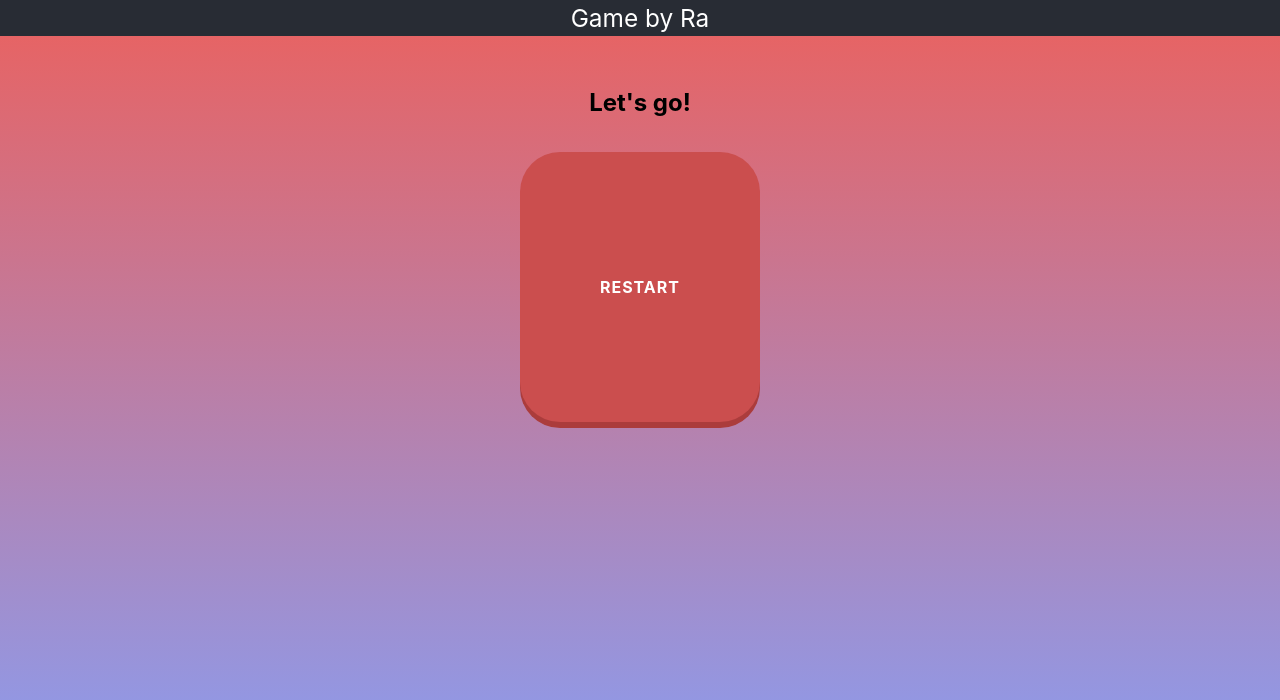
Repository: Sergioramasano/ramos-game
Page: /
The author's editor kept a copy of each file at every save. The page is drawn from the files as they stood at one save, then again after the next save.
The browser window is 1280 px wide. The pictures show the whole page.
The project was rebuilt for these pictures with package versions that can differ from the ones it lists, and the page was loaded fresh each time. Also part of the build but not shown: src/components/Cards.js.

Above is the page before, as saved 2021-02-11 19:33:31.

### public/index.html
<!DOCTYPE html>
<html lang="en">
  <head>
    <meta charset="utf-8" />
    <link rel="icon" href="%PUBLIC_URL%/favicon.ico" />
    <meta name="viewport" content="width=device-width, initial-scale=1" />
    <meta name="theme-color" content="#000000" />
    <meta
      name="description"
      content="Web site created using create-react-app"
    />
    <link rel="apple-touch-icon" href="%PUBLIC_URL%/logo192.png" />
    <link rel="manifest" href="%PUBLIC_URL%/manifest.json" />
    <title>Game by Ra</title>
  </head>
  <body>
    <noscript>You need to enable JavaScript to run this app.</noscript>
    <div id="root"></div>
  </body>
</html>

### src/App.js
import "./App.css";
import GameBox from "./components/GameBox/GameBox";

const App = () => {
  return (
    <div className="App">
      <header className="App-header">Game by Ra</header>
      <GameBox></GameBox>
    </div>
  );
};

export default App;

### src/App.css
.App {
  text-align: center;
}

.App-header {
  background-color: #282c34;
  height: 5vh;
  display: flex;
  flex-direction: column;
  align-items: center;
  justify-content: center;
  font-size: calc(10px + 2vmin);
  color: white;
}

### src/components/GameBox/GameBox.js
import React, { useState, useEffect } from "react";
import Cards from "../Cards";
import styles from "./Gamebox.module.css";
import age from "../../images/age.jpeg";
import av from "../../images/av.jpeg";
import hq from "../../images/hq.png";
import hs from "../../images/hs.png";
import jq from "../../images/jq.jpg";
import lk from "../../images/lk.jpg";
import sm from "../../images/sm.jpg";
import smm from "../../images/smm.png";
import knight from "../../images/knight.png";
import star from "../../images/star.jpeg";

const GameBox = () => {
  const [imgUrl, setImgUrl] = useState(null);
  const [bingo, setBingo] = useState([]);
  const [currentUrlIdx, setCurrentUrlIdx] = useState(null);

  let urls = [];
  urls = [age, av, hq, hs, jq, lk, sm, smm, knight];
  urls = [...urls, ...urls];
  urls = urls.map((url, idx) => {
    return { name: url, id: Math.random(), visible: false, idx };
  });

  if (imgUrl !== null) {
    urls[imgUrl].visible = true;
  }

  if (bingo.length) {
    bingo.forEach((b) => {
      urls[b].visible = true;
    });
  }

  const setImg = (url) => {
    if (currentUrlIdx && currentUrlIdx.name === url.name) {
      console.log("YESSSSS");
      setBingo([...bingo, currentUrlIdx.idx, url.idx]);
    }
    setImgUrl(url.idx);
    setCurrentUrlIdx(url);
  };

  return (
    <main className={styles.gamebox}>
      <h2>Let's go!</h2>
      <section className={styles.wrap}>
        {bingo.length !== urls.length ? (
          <button className={styles.button}> Restart</button>
        ) : (
          <Cards
            key={currentUrlIdx}
            urls={urls}
            styles={styles}
            setImg={setImg}
            star={star}
            currentUrlIdx={currentUrlIdx}
          ></Cards>
        )}
      </section>
    </main>
  );
};

export default GameBox;

### src/components/GameBox/Gamebox.module.css
.gamebox {
  height: 95vh;
  background: linear-gradient(#e66465, #9198e5);
  padding: 2rem;
  box-sizing: border-box;
}

.wrap {
  margin: auto auto;
  max-width: 700px;
  height: auto;
  width: 100%;
  min-height: 300px;
  display: flex;
  flex-direction: row;
  justify-content: center;
  flex-wrap: wrap;
}

.card {
  display: block;
  width: 100px;
  height: 100px;
  margin: 0.3rem;
}

.card img {
  display: block;
  width: 100%;
  height: 100%;
}

.button {
  border: none;
  font-family: inherit;
  font-size: inherit;
  color: inherit;
  background: none;
  cursor: pointer;
  padding: 25px 80px;
  display: inline-block;
  margin: 15px 30px;
  text-transform: uppercase;
  letter-spacing: 1px;
  font-weight: 700;
  outline: none;
  position: relative;
  background: #cb4e4e;
  color: #fff;
  box-shadow: 0 6px #ab3c3c;
  -webkit-transition: none;
  -moz-transition: none;
  transition: none;
  border-radius: 40px;
}

.button:hover {
  box-shadow: 0 4px #ab3c3c;
  top: 2px;
  transition: 1s ease;
}

Loaded but not shown: src/index.js (common file); src/index.css (common file)

After the next save:
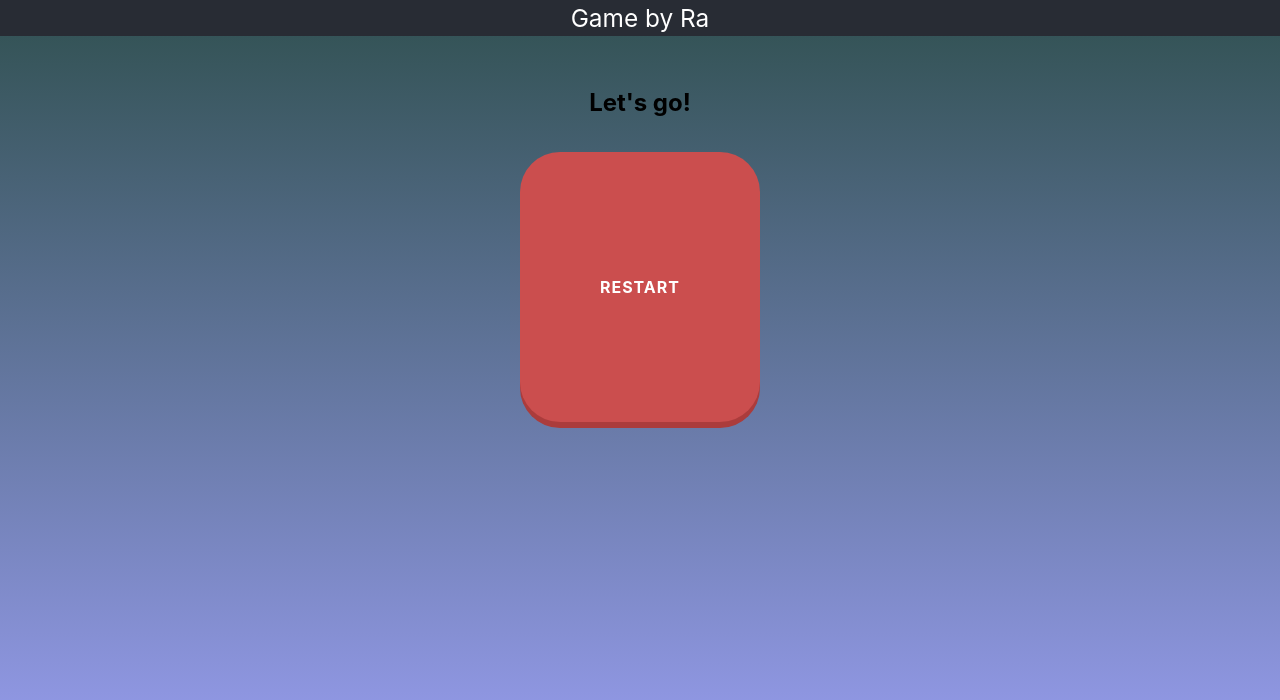
Saved 41 s later.
--- a/src/components/GameBox/Gamebox.module.css
+++ b/src/components/GameBox/Gamebox.module.css
@@ -1,6 +1,6 @@
 .gamebox {
   height: 95vh;
-  background: linear-gradient(#e66465, #9198e5);
+  background: linear-gradient(#355458, #9198e5);
   padding: 2rem;
   box-sizing: border-box;
 }
